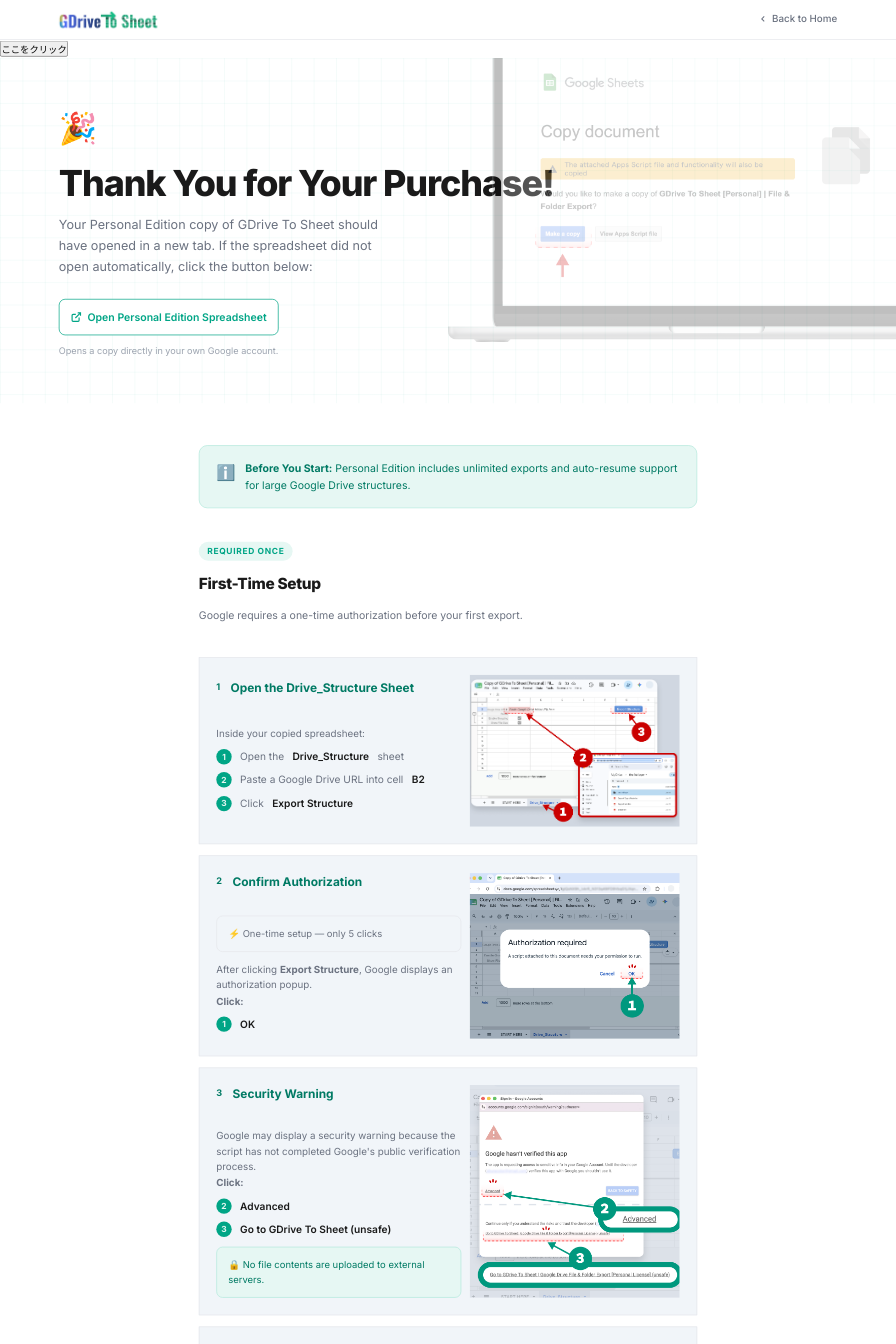
Repository: toishitool/gdrive-to-sheet
Page: personal-parch-thanks.html
An editor plug-in stored every save of this project. The page is shown before and after the next save, followed by the edit.
The browser window is 1280 px wide. The pictures show the part of the page from y = 0 to 1920 px (the page is 3749 px tall before and 3724 px after), at 70% of full size.

Above is the page before, as saved 2026-06-25 15:19:10.

### personal-parch-thanks.html
<!DOCTYPE html>
<html lang="en" class="scroll-smooth">

<head>
  <meta charset="UTF-8" />
  <meta name="viewport" content="width=device-width, initial-scale=1.0" />
  <title>Welcome to GDrive To Sheet Personal Edition</title>
  <meta name="description"
    content="Your Personal Edition copy of GDrive To Sheet is ready. Complete the one-time Google authorization and start exporting unlimited Google Drive folder structures." />
  <meta name="robots" content="noindex,nofollow" />
  <link rel="preconnect" href="https://fonts.googleapis.com" />
  <link rel="preconnect" href="https://fonts.gstatic.com" crossorigin />
  <link href="https://fonts.googleapis.com/css2?family=Inter:wght@300;400;500;600;700;800&display=swap"
    rel="stylesheet" />
  <link rel="stylesheet" href="style.css" />
  <link href="https://fonts.googleapis.com/css2?family=Inter:wght@300;400;500;600;700;800&display=swap"
    rel="stylesheet" />
  <link rel="stylesheet" href="https://cdnjs.cloudflare.com/ajax/libs/font-awesome/6.0.0/css/all.min.css">

</head>

<body>

  <div id="header-container"></div>


  <main>
<button id="checkButton">ここをクリック</button>
    <!-- HERO / CONFIRMATION -->
    <section class="hero grid-bg" style="padding: 64px 0 64px;">
      <img src="images/personal-download-window.png" alt="Google Sheet Copy Document Interface" style="
    position: absolute;
    top: 35%;
    left: 80%;
    transform: translate(-50%, -50%);
    width: 60%;
    height: auto;
    opacity: 0.25;
    z-index: 0;
    pointer-events: none;
  ">

      <div class="container">
        <div class="celebrate-icon">🎉</div>
        <h1>Thank You for Your Purchase!</h1>
        <p class="sub">Your Personal Edition copy of GDrive To Sheet should have opened in a new tab.
          If the spreadsheet did not open automatically, click the button below:</p>

        <a href=" https://docs.google.com/spreadsheets/d/1VDzwA3ShMtFhtawjxXsAX3e5eGQdUEpiThRC9teeUPc/copy"
          class="btn btn-secondary open-trial-btn">
          <svg width="16" height="16" fill="none" stroke="currentColor" stroke-width="2.5" viewBox="0 0 24 24">
            <path d="M18 13v6a2 2 0 0 1-2 2H5a2 2 0 0 1-2-2V8a2 2 0 0 1 2-2h6" />
            <polyline points="15 3 21 3 21 9" />
            <line x1="10" y1="14" x2="21" y2="3" />
          </svg>
          Open Personal Edition Spreadsheet
        </a>
        <p class="open-note">Opens a copy directly in your own Google account.</p>
      </div>
    </section>

    <div class="page-wrap" style="padding-bottom: 0;">
      <div class="container" style="padding: 0;">

        <!-- Before You Start -->
        <div class="info-banner">
          <span class="icon">ℹ️</span>
          <p><strong>Before You Start:</strong> Personal Edition includes unlimited exports and auto-resume support for
            large Google Drive structures.
          </p>
        </div>

        <!-- First-Time Setup -->
        <div class="section">
          <span class="eyebrow">Required Once</span>
          <h2>First-Time Setup</h2>
          <p>Google requires a one-time authorization before your first export.</p>
        </div>

        <!-- Step 1 -->
        <div class="step-card" data-step="0">
          <div class="step-card-head">
            <div class="step-num">1</div>
            <h3>Open the Drive_Structure Sheet</h3>
          </div>
          <div class="step-image-wrapper" onclick="openModal(0)">
            <img src="images/allow01p.png" alt="Step 1">
          </div>
          <div class="step-text-content">
            <p>Inside your copied spreadsheet:</p>
            <ol class="ordered-list">
              <li>Open the <strong>Drive_Structure</strong> sheet</li>
              <li>Paste a Google Drive URL into cell <strong>B2</strong></li>
              <li>Click <strong>Export Structure</strong></li>
            </ol>
          </div>
        </div>

        <div class="step-card" data-step="1">

          <div class="step-card-head">

            <div class="step-num">2</div>
            <h3>Confirm Authorization</h3>
          </div>
          <div class="step-image-wrapper" onclick="openModal(1)">
            <img src="images/allow02p.png" alt="Step 2">
          </div>
          <div class="step-text-content">
            <div class="note-callout" style="margin: 0 0 14px 0;">
              ⚡ One-time setup — only 5 clicks
            </div>
            <p>After clicking <strong>Export Structure</strong>, Google displays an authorization popup.</p>

            <p><strong>Click:</strong></p>

            <ol class="ordered-list">
              <li><strong>OK</strong></li>
            </ol>


          </div>
        </div>

        <div class="step-card" data-step="2">
          <div class="step-card-head">
            <div class="step-num">3</div>
            <h3>Security Warning</h3>
          </div>
          <div class="step-image-wrapper" onclick="openModal(2)">
            <img src="images/allow03p.png" alt="Step 3">
          </div>
          <div class="step-text-content">
            <p>Google may display a security warning because the script has not completed Google's public verification
              process.</p>

            <p><strong>Click:</strong></p>

            <ol class="ordered-list" style="counter-reset: step-list 1;">
              <li><strong>Advanced</strong></li>
              <li><strong>Go to GDrive To Sheet (unsafe)</strong></li>
            </ol>

            <div class="note-callout privacy">
              🔒 No file contents are uploaded to external servers.
            </div>
          </div>
        </div>

        <div class="step-card" data-step="3">
          <div class="step-card-head">
            <div class="step-num">4</div>
            <h3>Access Request</h3>
          </div>
          <div class="step-image-wrapper" onclick="openModal(3)">
            <img src="images/allow04p.png" alt="Step 4">
          </div>
          <div class="step-text-content">
            <p>Grant the required permissions for Google Drive metadata access and spreadsheet output.</p>

            <p><strong>Click:</strong></p>

            <ol class="ordered-list" style="counter-reset: step-list 3;">
              <li><strong>Select all</strong></li>
              <li><strong>Continue</strong></li>
            </ol>

            <div class="note-callout">
              🚀 After clicking <strong>Continue</strong>, wait approximately 5 seconds.<br>
              The export process will start automatically without additional actions.
            </div>
          </div>

        </div>
        <!-- Before You Start -->
        <div class="info-banner">
          <span class="icon">ℹ️</span>
          <div>
            <p><strong>Why is Google showing a warning?</strong></p>
            <p>Google displays this message for many independent Apps Script tools that have not completed Google's
              public verification process.
            </p>
            <p>The authorization simply allows the spreadsheet to access your Drive and write the export results.
            </p>
            <p>🔒 No file contents are uploaded to external servers.
            </p>
          </div>
        </div>


        <div class="info-banner">
  <span class="icon">🎉</span>
  <div>
    <p><strong>Personal Edition Activated</strong></p>

    <p>
      Your copy includes unlimited exports,
      auto-resume processing,
      and support for very large Google Drive structures.
    </p>

    <p>
      No additional license activation is required.
      Simply complete the Google authorization once and start exporting.
    </p>
  </div>
</div>


        <!-- Free Trial Limitations -->
        <div class="section" style="margin-top:48px;">
          <h2>Your Personal Edition Includes</h2>
        </div>
        <div class="limit-table" style="margin-bottom:48px;">
          <div class="limit-row yes"><span class="li-icon">✅</span> Unlimited exports</div>
          <div class="limit-row yes"><span class="li-icon">✅</span> Auto-resume processing</div>
          <div class="limit-row yes"><span class="li-icon">✅</span> Folder hierarchy generation</div>
          <div class="limit-row yes"><span class="li-icon">✅</span> Large dataset support</div>
          <div class="limit-row yes"><span class="li-icon">✅</span> Lifetime license</div>
          <div class="limit-row yes"><span class="li-icon">✅</span> Single-user license</div>
        </div>

        <!-- Need Help -->
        <div class="section">
          <h2>Need Help?</h2>
        </div>
        <div class="help-card" style="margin-bottom:56px;">
          <h3>✉️ Contact Support</h3>
          <p>If you experience any issues during setup or authorization, please contact support and include:</p>
          <ul class="help-checklist">
            <li>Product edition (Personal Edition)</li>
            <li>Error message text (if available)</li>
            <li>Relevant screenshots (if applicable)</li>
            <li>Google account type (Personal or Workspace)</li>
          </ul>
          <p style="margin-bottom:0;">We will be happy to help. <a href="mailto:toishitool@gmail.com"
              style="color:var(--green);font-weight:600;text-decoration:none;border-bottom:1px solid rgba(0,165,134,0.3);">toishitool@gmail.com</a>
          </p>
        </div>


      </div>
    </div>

  </main>


  <div id="footer-container"></div>
  <script src="js/common.js"></script>

  <!-- ステップ詳細モーダル -->
  <div id="step-modal" style="display: none;" class="modal-overlay" onclick="if (event.target === this) closeModal();">
    <div class="modal-content">
      <!-- 右上の閉じるボタン -->
      <span class="close-btn" onclick="closeModal()" role="button" tabindex="0" aria-label="閉じる">&times;</span>
      <!-- 左右のナビゲーションボタン -->
      <button class="nav-btn prev-btn" onclick="navigateStep(-1)" aria-label="前のステップ">
        <i class="fas fa-chevron-left"></i> </button>
      <button class="nav-btn next-btn" onclick="navigateStep(1)" aria-label="次のステップ">
        <i class="fas fa-chevron-right"></i> </button>
      <!-- 画像 -->
      <img id="modal-img" src="" alt="">
      <!-- 見出し＋補足文言（縦積み） -->



      <div class="modal-text-area">
        <h3 id="modal-title"></h3>
        <p id="modal-body"></p>
      </div>
      <div class="progress-container">
        <div class="progress-bar" id="progress-bar"></div>
      </div>
    </div>
  </div>


</body>

</html>

### header.html
<nav aria-label="Main navigation">
  <div class="nav-inner">
    <a href="index.html" class="nav-logo">
      <img src="images/logo_gdrivetosheet.png" alt="GDrive To Sheet" />
    </a>
    <a href="index.html" class="nav-back hover-underline">
      <svg width="14" height="14" fill="none" stroke="currentColor" stroke-width="2.5" viewBox="0 0 24 24"><polyline points="15 18 9 12 15 6"/></svg>
      Back to Home
    </a>
  </div>
</nav>

### footer.html
<footer role="contentinfo" class="footer">
  <div class="container">
    <div class="footer-inner">
      <a href="index.html" class="footer-logo">
        <img src="images/logo_gdrivetosheet_dk.png" alt="GDrive To Sheet Home" />
      </a>

      <div class="footer-links">
        <a href="privacy-policy.html">Privacy Policy</a>
        <a href="terms.html">Terms of Use</a>
        <a href="license.html">License Terms</a>
        <a href="refund-policy.html">Refund Policy</a>
        <a href="contact.html">Contact</a>
        <a href="support.html">Support &amp; FAQ</a>
      </div>

      <div class="footer-bottom-text">
        <span class="footer-copy">Independent software by ToishiTool</span>
        <span class="footer-copy">
          © <span id="year"></span> ToishiTool. All rights reserved.
        </span>

        <script>
          document.getElementById("year").textContent =
            new Date().getFullYear();
        </script>
      </div>
    </div>
  </div>
</footer>

Loaded but not shown: js/common.js (228 lines, source omitted); style.css (3459 lines, source omitted)

After the next save:
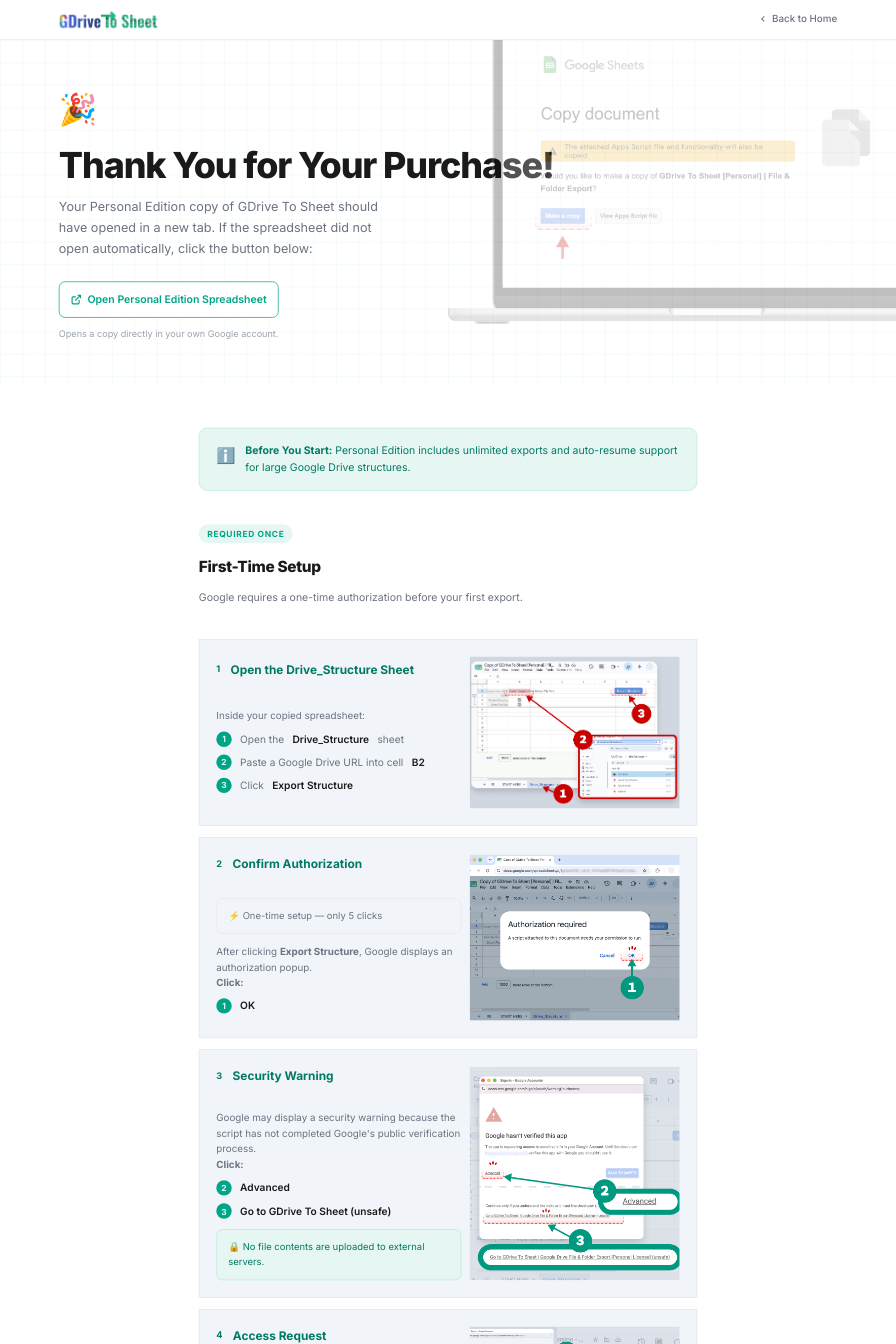
Saved 17 s later.
--- a/personal-parch-thanks.html
+++ b/personal-parch-thanks.html
@@ -25,7 +25,6 @@
 
 
   <main>
-<button id="checkButton">ここをクリック</button>
     <!-- HERO / CONFIRMATION -->
     <section class="hero grid-bg" style="padding: 64px 0 64px;">
       <img src="images/personal-download-window.png" alt="Google Sheet Copy Document Interface" style="
